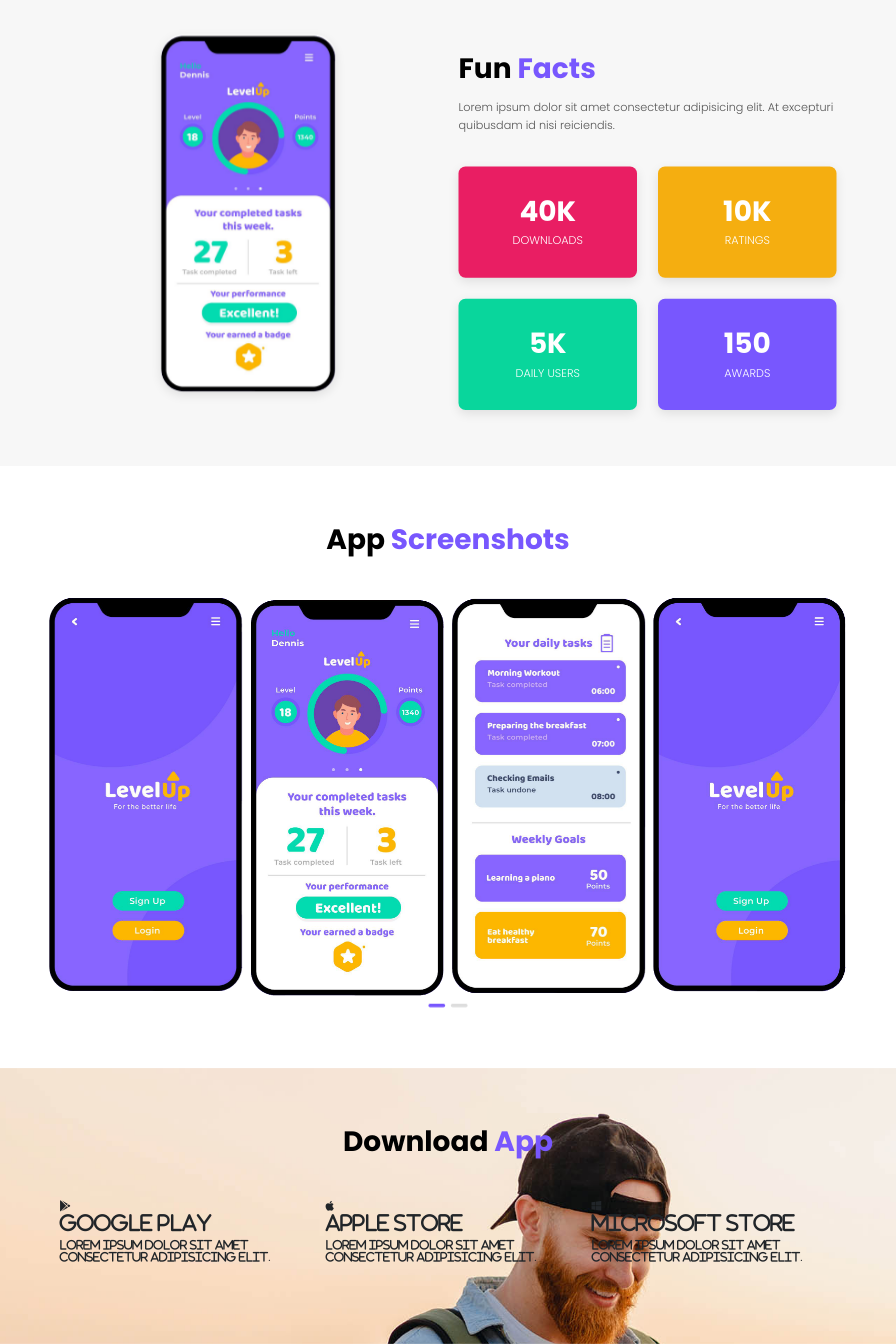
Repository: Mohamed-Hema/Shala-App
Page: index.html
The author's editor kept a copy of each file at every save. The page is drawn from the files as they stood at one save, then again after the next save.
The browser window is 1280 px wide. The pictures show the part of the page from y = 1467 to 3387 px (the page is 3387 px tall), at 70% of full size.
Backgrounds fixed to the window are drawn as part of the page. Some web libraries are served in a nearby version.

Above is the page before, as saved 2021-02-21 21:19:13.

### index.html
<!DOCTYPE html>
<html lang="zxx">
<head>
  <title>Shala - App Landing Page</title>
  <meta charset="utf-8">
  <meta name="viewport" content="width=device-width, initial-scale=1">
  <!-- owl carousel css -->
  <link rel="stylesheet" href="css/owl.carousel.min.css">
  <!-- font awesome icons -->
  <script src="https://kit.fontawesome.com/794108ad0e.js" crossorigin="anonymous"></script>
  <!-- bootstrap css -->
  <link rel="stylesheet" href="css/bootstrap.min.css">
  <!-- main css -->
  <link rel="stylesheet" href="css/style.css">
</head>
<body>

  <!-- Start NavBar -->
  <nav class="navbar navbar-expand-md fixed-top">
    <div class="container">
      <!-- Brand -->
      <a class="navbar-brand" href="#">Shala App</a>

      <!-- Toggler/collapsibe Button -->
      <button class="navbar-toggler" type="button" data-toggle="collapse" data-target="#collapsibleNavbar">
        <span class="navbar-toggler-icon"></span>
      </button>

      <!-- Navbar links -->
      <div class="collapse navbar-collapse" id="collapsibleNavbar">
        <ul class="navbar-nav ml-auto">
          <li class="nav-item">
            <a class="nav-link active" href="#">Home</a>
          </li>
          <li class="nav-item">
            <a class="nav-link" href="#">Features</a>
          </li>
          <li class="nav-item">
            <a class="nav-link" href="#">Screenshots</a>
          </li>
          <li class="nav-item">
            <a class="nav-link" href="#">Testimonials</a>
          </li>
          <li class="nav-item">
            <a class="nav-link" href="#">Pricing</a>
          </li>
          <li class="nav-item">
            <a class="nav-link" href="#">Contact</a>
          </li>
        </ul>
      </div>
    </div>
  </nav>

  <!-- End NavBar -->
  <!-- Start Home Section -->
  <section class="home d-flex align-items-center">
    <div class="effect-wrap">
      <i class="fas fa-plus effect effect-1"></i>
      <i class="fas fa-plus effect effect-2"></i>
      <i class="fas fa-circle-notch effect effect-3"></i>
    </div>
    <div class="container">
      <div class="row align-items-center">
        <div class="col-md-7">
          <div class="home-text">
            <h1>Best Mobile App Template for your Business</h1>
            <p>Lorem, ipsum dolor sit amet consectetur adipisicing elit. Ratione soluta, expedita explicabo culpa et vero. Cumque facere harum aliquid.</p>
            <div class="home-btn">
              <a href="#" class="btn btn-1">Download App</a>
              <button type="button" class="btn btn-1 video-play-btn">
                <i class="fas fa-play"></i>
              </button>
            </div>
          </div>
        </div>
        <div class="col-md-5 text-center">
          <div class="home-img">
            <div class="circle"></div>
            <img src="img/app-screenshots/1.png" alt="First App Screen">
          </div>
        </div>
      </div>
    </div>
  </section>
  <!-- End Home Section -->
  <!-- Start Video PopUp -->
  <div class="video-popup">
    <div class="video-popup-inner">
      <i class="fas fa-times video-popup-close"></i>
      <div class="iframe-box">
        <iframe id="player-1" src="https://www.youtube.com/embed/o1eY1MPcRQs" allow="accelerometer; autoplay; clipboard-write; encrypted-media; gyroscope; picture-in-picture" allowfullscreen></iframe>
      </div>
    </div>
  </div>
  <!-- End Video PopUP -->
  <!-- Start Features Section -->
  <section class="features section-padding">
    <div class="container">
      <div class="row justify-content-center">
        <div class="col-lg-8">
          <div class="section-title">
            <h2>Awesome <span>Features</span></h2>
          </div>
        </div>
      </div>
      <div class="row">
        <div class="owl-carousel features-carousel">
          <div class="feature-item">
            <div class="icon"><i class="fas fa-code"></i></div>
            <h3>Clean Code</h3>
            <p>Lorem ipsum dolor sit amet consectetur adipisicing elit. Delectus doloremque rerum omnis ratione! Voluptatum minima dicta alias.</p>
          </div>
          <div class="feature-item">
            <div class="icon"><i class="fas fa-edit"></i></div>
            <h3>Auto Install System</h3>
            <p>Lorem ipsum dolor sit amet consectetur adipisicing elit. Delectus doloremque rerum omnis ratione! Voluptatum minima dicta alias.</p>
          </div>
          <div class="feature-item">
            <div class="icon"><i class="fas fa-code"></i></div>
            <h3>Beautiful Code</h3>
            <p>Lorem ipsum dolor sit amet consectetur adipisicing elit. Delectus doloremque rerum omnis ratione! Voluptatum minima dicta alias.</p>
          </div>
          <div class="feature-item">
            <div class="icon"><i class="fas fa-check"></i></div>
            <h3>Fast Load App</h3>
            <p>Lorem ipsum dolor sit amet consectetur adipisicing elit. Delectus doloremque rerum omnis ratione! Voluptatum minima dicta alias.</p>
          </div>
          <div class="feature-item">
            <div class="icon"><i class="fas fa-desktop"></i></div>
            <h3>Responsive Design</h3>
            <p>Lorem ipsum dolor sit amet consectetur adipisicing elit. Delectus doloremque rerum omnis ratione! Voluptatum minima dicta alias.</p>
          </div>

        </div>
      </div>
    </div>
  </section>

  <!-- End Features Section -->
  <!-- Start Fun Facts Section -->
  <section class="fun-facts section-padding">
    <div class="container">
      <div class="row">
        <div class="col-lg-6 col-md-5 d-flex align-items-center justify-content-center">
          <div class="fun-facts-img">
            <img src="img/app-screenshots/2.png" alt="Fun Facts">
          </div>
        </div>
        <div class="col-lg-6 col-md-7">
          <div class="section-title">
            <h2>Fun <span>Facts</span></h2>
          </div>
          <div class="fun-facts-text">
            <p>Lorem ipsum dolor sit amet consectetur adipisicing elit. At excepturi quibusdam id nisi reiciendis.</p>
            <div class="row">
              <div class="col-sm-6">
                <div class="fun-fact-item style-1">
                  <h3>40K</h3>
                  <span>Downloads</span>
                </div>
              </div>
              <div class="col-sm-6">
                <div class="fun-fact-item style-2">
                  <h3>10K</h3>
                  <span>Ratings</span>
                </div>
              </div>
              <div class="col-sm-6">
                <div class="fun-fact-item style-3">
                  <h3>5K</h3>
                  <span>daily users</span>
                </div>
              </div>
              <div class="col-sm-6">
                <div class="fun-fact-item style-4">
                  <h3>150</h3>
                  <span>Awards</span>
                </div>
              </div>
            </div>
            </div>
          </div>
        </div>
      </div>
    </div>
  </section>

  <!-- End Fun Facts Section -->
  <!-- Start App Screenshots Section -->
  <section class="app-screenshots section-padding">
    <div class="container">
      <div class="row justify-content-center">
        <div class="col-lg-8">
          <div class="section-title">
            <h2>App <span>Screenshots</span></h2>
          </div>
        </div>
      </div>
      <div class="row">
        <div class="owl-carousel screensots-carousel">
          <div class="screenshots-item">
            <img src="img/app-screenshots/1.png" alt="Screenshot">
          </div>
          <div class="screenshots-item">
            <img src="img/app-screenshots/2.png" alt="Screenshot">
          </div>
          <div class="screenshots-item">
            <img src="img/app-screenshots/3.png" alt="Screenshot">
          </div>
          <div class="screenshots-item">
            <img src="img/app-screenshots/1.png" alt="Screenshot">
          </div>
          <div class="screenshots-item">
            <img src="img/app-screenshots/2.png" alt="Screenshot">
          </div>

        </div>
      </div>
    </div>
  </section>

  <!-- End App Screenshots Section -->
  <!-- Start App Downlaod Section -->
  <section class="app-download section-padding">
    <div class="container">
      <div class="row justify-content-center">
        <div class="col-lg-8">
          <div class="section-title">
            <h2>Download <span>App</span></h2>
          </div>
        </div>
      </div>
      <div class="row">
        <div class="col-lg-4 col-md-6">
          <div class="app-download-item">
            <i class="fab fa-google-play">
              <h3>Google Play</h3>
              <p>Lorem ipsum dolor sit amet consectetur adipisicing elit.</p>
              <a href="#" class="btn btn-2"></a>
            </i>
          </div>
        </div>
        <div class="col-lg-4 col-md-6">
          <div class="app-download-item">
            <i class="fab fa-apple">
              <h3>Apple Store</h3>
              <p>Lorem ipsum dolor sit amet consectetur adipisicing elit.</p>
              <a href="#" class="btn btn-2"></a>
            </i>
          </div>
        </div>
        <div class="col-lg-4 col-md-6">
          <div class="app-download-item">
            <i class="fab fa-windows">
              <h3>Microsoft Store</h3>
              <p>Lorem ipsum dolor sit amet consectetur adipisicing elit.</p>
              <a href="#" class="btn btn-2"></a>
            </i>
          </div>
        </div>
      </div>
    </div>
  </section>
  <!-- End App Downlaod Section -->

<!-- jquery js -->
<script src="js/jquery.min.js"></script>
<!-- popper js -->
<script src="js/popper.min.js"></script>
<!-- bootstrap js -->
<script src="js/bootstrap.min.js"></script>
<!-- owl carousel js -->
<script src="js/owl.carousel.min.js"></script>
<!-- ScrollIt js -->
<script src="js/scrollIt.min.js"></script>
<!-- main js -->
<script src="js/main.js"></script>
</body>
</html>

### css/style.css
/* Start Global Styles */
@import url('https://fonts.googleapis.com/css2?family=Poppins:wght@300;400;500;600;700;800;900&display=swap');

*{
    margin: 0;
    padding: 0;
    outline: none!important;
}

:root{
    --main-color: #7857fe;
    --color-1: #e91e63;
    --color-2: #f5ae10;
    --color-3: #09d69c;
    --bg-dark: #2b2c2f;
    --main-to-dark-color: var(--main-color);
    --dark-to-main-color: var(--bg-dark);
    --shadow-black-100: 0 5px 15px rgba(0,0,0,.1);
    --shadow-black-300: 0 5px 15px rgba(0,0,0,.3);
    --black-900: #000;
    --black-400: #555555;
    --black-100: #f7f7f7;
    --black-000: #fff;
    --black-alpha-100: rgba(0,0,0,0.05);
}

body{
    font-family: 'Poppins', sans-serif;
    font-size: 16px;
    font-weight: 400;
    overflow-x: hidden;
    background-color: #fff;
    line-height: 1.5;
}
img{
    max-width: 100%;
    vertical-align: middle;
}
ul{
    list-style: none;
}
.btn-1{
    background-color: #fff;
    padding: 12px 30px;
    border: none;
    border-radius: 30px;
    color: var(--main-color);
    font-size: 16px;
    transition: all .5s ease;
    box-shadow: var(--shadow-black-300);
    font-weight: 500;
}
.btn-1:focus{
    box-shadow: var(--shadow-black-300);
}
.btn-1:hover{
    color: #fff;
    background-color: var(--main-color);
}
@keyframes spin_01{
    0%{
        transform: rotate(0deg);
    }
    100%{
        transform: rotate(360deg);
    }
}
@keyframes bounceTop_01{
    0%, 100%{
        transform: translateY(-30px);
    }
    50%{
        transform: translateY(0px);
    }
}
@keyframes pulse_01{
    0%{
        transform: scale(0.94);
        box-shadow: 0 0 0 0 rgba(255,255,255,0.7);
    }
    70%{
        transform: scale(1);
        box-shadow: 0 0 0 12px rgba(255,255,255,0);
    }
    100%{
        transform: scale(0.94);
        box-shadow: 0 0 0 0 rgba(255, 255, 255, 0);
    }
}
.effect-wrap .effect{
    position: absolute;
    z-index: -1;
}
.effect-wrap .effect-1{
    left: 20%;
    top: 20%;
    font-size: 20px;
    color: var(--color-2);
    animation: spin_01 5s linear infinite;
}
.effect-wrap .effect-2{
    right: 5%;
    top: 10%;
    font-size: 25px;
    color: rgba(255, 255, 255, .5);
    animation: spin_01 7s linear infinite;
}
.effect-wrap .effect-3{
    left: 5%;
    bottom: 30%;
    font-size: 25px;
    color: var(--color-3);
    animation: bounceTop_01 3s linear infinite;
}
.section-padding{
    padding: 80px 0;
}
.section-title h2{
    font-size: 40px;
    color: var(--black-900);
    font-weight: 700;
    text-align: center;
    margin: 0;
}
.section-title{
    margin-bottom: 60px;
}
.section-title h2 span{
    color: var(--main-color);
}
.owl-carousel .owl-dots{
    color: var(--main-color);
}
.owl-carousel .owl-dots{
    text-align: center;
}
.owl-carousel .owl-dots .active{
    background-color: var(--main-color);
}
.owl-carousel button.owl-dot{
    height: 5px;
    width: 24px;
    background-color: #ddd;
    display: inline-block;
    margin: 0 4px;
    border-radius: 5px;
}
/* End Global Styles */
/* Start Navbar */
.navbar{
    background-color: transparent;
    padding: 20px 0;
    transition: all .5s ease;
}
.navbar.navbar-shrink{
    box-shadow: 0 10px 10px rgba(0, 0, 0, .1);
    background-color: var(--main-color);
    padding: 10px 0;
}
.navbar > .container{
    padding: 0 15px;
}
.navbar .navbar-brand{
    font-size: 30px;
    color: #fff;
    font-weight: 500;
}
.navbar .nav-item{
    margin-left: 40px;
}
.navbar .nav-item .nav-link{
    color: #fff;
    font-size: 16px;
    font-weight: 400;
    padding: 5px 0;
    position: relative;
}
.navbar .nav-item .nav-link::before{
    content: '';
    position: absolute;
    left: 0;
    right: 0;
    bottom: 0;
    height: 1px;
    background-color: #fff;
    transition: all .5s ease;
    transform: scale(0);
}
.navbar .nav-item .nav-link.active::before,
.navbar .nav-item .nav-link:hover::before{
    transform: scale(1);
}
.navbar .nav-item .nav-link:hover.active::before{
    transform: scale(0);
}
/* End Navbar */
/* Start Home Section */
.home{
    min-height: 100vh;
    padding: 150px 0;
    background-color: var(--main-to-dark-color);
    border-radius: 0 0 200px 0;
    position: relative;
    z-index: 1;
}
.home-text h1{
    font-size: 45px;
    font-weight: 700;
    color: #fff;
    margin: 0 0 20px;
}
.home-text p{
    font-size: 18px;
    line-height: 28px;
    color: #fff;
    margin: 0;
    font-weight: 300;
}
.home .home-btn{
    margin-top: 40px;
}
.home .home-btn .video-play-btn:hover{
    animation: none;
    box-shadow: var(--shadow-black-300);
}
.home .home-btn .video-play-btn{
    margin-left: 30px;
    height: 50px;
    width: 50px;
    padding: 0;
    font-size: 16px;
    animation: pulse_01 2s ease infinite;
}
.home .home-btn .video-play-btn i{
    line-height: 50px;
}
.home-img img{
    max-width: 250px;
    width: 100%;
    box-shadow: var(--shadow-black-100);
    border-radius: 32px;
    animation: bounceTop_01 3s ease infinite;
}

.home-img{
    position: relative;
}
.home-img .circle{
    position: absolute;
    z-index: 1;
    height: 400px;
    width: 400px;
    border: 1px solid rgba(255, 255, 255, .2);
    border-radius: 50%;
    top: 50%;
    left: 50%;
    transform: translate(-50%, -50%);
}
.home-img .circle::before{
    content: '';
    position: absolute;
    height: 60px;
    width: 60px;
    background-color: rgba(255, 255, 255, .4);
    border-radius: 50%;
    left: 30px;
    top: 30px;
    transform-origin: 170px 170px;
    animation: spin_01 10s linear infinite;
}
/* Video PopUP */
.video-popup{
    padding: 30px;
    position: fixed;
    left: 0;
    top: 0;
    width: 100%;
    height: 100%;
    z-index: 1999;
    background-color: rgba(0,0,0,.7);
    display: flex;
    align-items: center;
    justify-content: center;
    opacity: 0;
    visibility: hidden;
    transition: all .5s ease;
}
.video-popup.open{
    opacity: 1;
    visibility: visible;
}
.video-popup-inner{
    width: 100%;
    max-width: 900px;
    position: relative;
}
.video-popup .video-popup-close{
    position: absolute;
    right: 0;
    top: -30px;
    height: 30px;
    width: 30px;
    font-size: 16px;
    text-align: center;
    line-height: 30px;
    cursor: pointer;
    color: #fff;

}
.video-popup .iframe-box{
    height: 0;
    overflow-x: hidden;
    padding-top: 56.25%;
}
.video-popup #player-1 {
    position: absolute;
    left: 0;
    top: 0;
    width: 100%;
    height: 100%;
    border: 0;
}
/* End Home Section */
/* Start Features Section */
.features .feature-item{
    box-shadow: var(--shadow-black-100);
    margin: 15px;
    padding: 30px;
    border-radius: 10px;
    text-align:center;
    position: relative;
    z-index: 1;
    overflow: hidden;
}
.features .feature-item::after,
.features .feature-item::before{
    content: '';
    position: absolute;
    z-index: -1;
    border-radius: 50%;
    transition: all .5s ease;
    opacity: 0;
}
.features .feature-item::before{
    height: 20px;
    width: 20px;
    background-color: var(--color-1);
    left: -20px;
    top: 40%;
}
.features .feature-item::after{
    height: 30px;
    width: 30px;
    background-color: var(--color-2);
    left: -30px;
    top: 80%;
}
.features .feature-item .icon{
    height: 60px;
    width: 60px;
    margin: 0 auto 30px;
    text-align: center;
    font-size: 30px;
    color: var(--main-color);
    position: relative;
    z-index: 1;
    transition: all .5s ease;
    cursor: pointer;
}
.features .feature-item .icon::before{
    content: '';
    position: absolute;
    left: 100%;
    top: 0;
    width: 100%;
    height: 100%;
    background-color: var(--main-color);
    transition: all .5s ease;
    z-index: -1;
    opacity: 0;
}
.features .feature-item:hover .icon{
    color: #fff;
    font-size: 20px;
}
.features .feature-item:hover .icon::before{
    left: 0;
    border-radius: 50%;
    opacity: 1;

}
.features .feature-item .icon i{
    line-height: 60px;
}
.features .feature-item h3{
    font-size: 22px;
    margin: 0 0 20px;
    color: var(--black-900);
    font-weight: 500;
}
.features .feature-item .icon p{
    font-size: 16px;
    line-height: 26px;
    font-weight: 300;
    color: var(--black-400);
    margin: 0 0 15px;
}
/* End Features Section */
/* Start Fun Facts Section */
.fun-facts{
    background-color: var(--black-100);
}
.fun-facts-img img{
    max-width: 250px;
    width: 100%;
    box-shadow: var(--shadow-black-100);
    border-radius: 32px;
    animation: bounceTop_01 3s ease infinite;
}
.fun-facts .section-title{
    margin-bottom: 20px;
}

.fun-facts .section-title h2{
    text-align: left;
}
.fun-facts-text p{
    font-size: 16px;
    line-height: 26px;
    color: var(--black-400);
    margin: 0 0 15px;
    font-weight: 300;
}
.fun-fact-item{
    padding: 40px 30px;
    text-align: center;
    box-shadow: var(--shadow-black-100);
    border-radius: 10px;
    margin-top: 30px;
    color: #fff;
}
.fun-fact-item h3{
    font-size: 40px;
    font-weight: 700;
    margin: 0 0 5px;
}
.fun-fact-item span{
    font-size: 16px;
    text-transform: uppercase;
    font-weight: 300;
    margin: 0;
    line-height: 26px;
    display: block;
}
.fun-fact-item.style-1{
    background-color: var(--color-1);
}
.fun-fact-item.style-2{
    background-color: var(--color-2);
}
.fun-fact-item.style-3{
    background-color: var(--color-3);
}
.fun-fact-item.style-4{
    background-color: var(--main-color);
}
/* End Fun Facts Section */
/* Start App Screenshots Section */
.screenshot-item{
    margin: 15px;
}
.screenshot-item img{
    width: 100%;
    max-width: 250px;
    display: block;
    margin: auto;
}

/* End App Screenshots Section */
/* Start App Downlaod Section */
.app-download{
    background-image: url(../img/download-app-bg.jpg);
}

/* End App Downlaod Section */

### js/main.js
// import $ from "jQuery";
$(document).ready(function() {
    // NavBar Shrink
    $(window).on("scroll", function() {
        if($(this).scrollTop() > 90) {
            $(".navbar").addClass("navbar-shrink");
        } else {
            $(".navbar").removeClass("navbar-shrink");
        }
    });
    // Video popUP
    const vdeoSrc = $("#player-1").attr("src");
    $(".video-play-btn, .video-popup").on("click", function() {
        if($(".video-popup").hasClass("open")) {
            $(".video-popup").removeClass("open");
            $("#player-1").attr("src", "");
        } else {
            $(".video-popup").addClass("open");
            if($("#player-1").attr("src")==''){
                $("#player-1").attr("src", videoSrc);
            }
        }
    });
    // Features Carousel
    $('.features-carousel').owlCarousel({
        loop:true,
        margin:10,
        responsiveClass:true,
        responsive:{
            0:{
                items:1,
            },
            600:{
                items:2,
            },
            1000:{
                items:3,

            }
        }
    })

    // App ScreenShots Carousel
    $('.screensots-carousel').owlCarousel({
        loop:true,
        margin:10,
        responsiveClass:true,
        responsive:{
            0:{
                items:1,
            },
            600:{
                items:2,
            },
            1000:{
                items:4,

            }
        }
    })
});

Loaded but not shown: css/owl.carousel.min.css (library); css/bootstrap.min.css (library); js/jquery.min.js (library); js/popper.min.js (library); js/bootstrap.min.js (library); js/owl.carousel.min.js (library); js/scrollIt.min.js (common file)

After the next save:
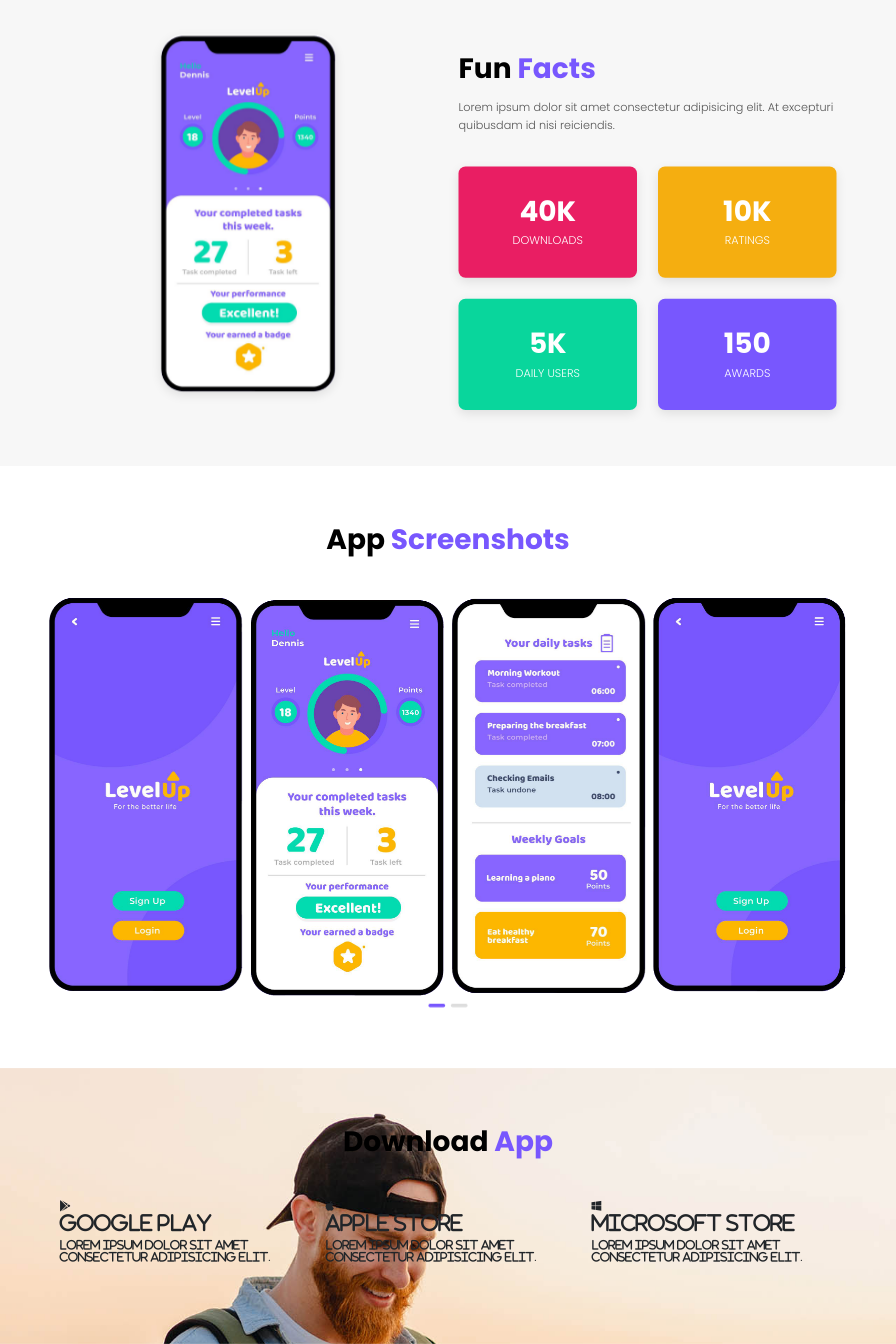
Saved 42 s later.
--- a/css/style.css
+++ b/css/style.css
@@ -480,6 +480,9 @@ ul{
 /* Start App Downlaod Section */
 .app-download{
     background-image: url(../img/download-app-bg.jpg);
+    background-position: center top;
+    background-attachment: fixed;
+
 }
 
 /* End App Downlaod Section */
